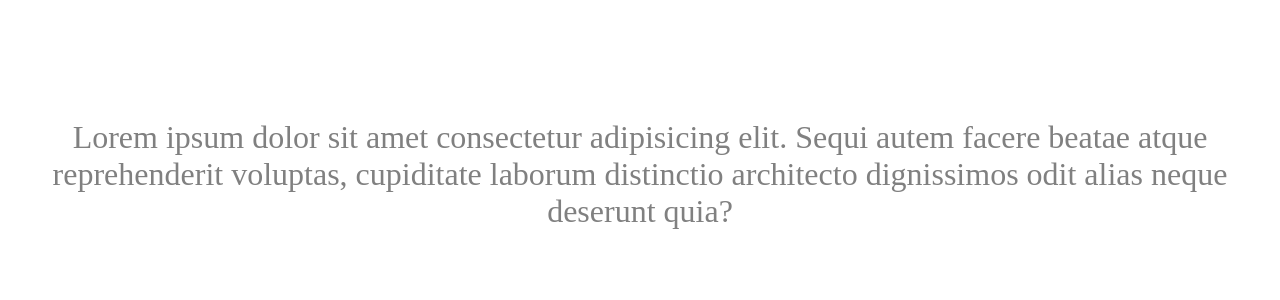
Repository: MohmdMHR/limesharp-test
Page: /
These files come from the project's save history. The page is drawn as it stood at one moment and after the next save; the edit follows.
The browser window is 1280 px wide. The pictures show the whole page.
The project was rebuilt for these pictures with package versions that can differ from the ones it lists, and the page was loaded fresh each time. Also part of the build but not shown: vue.config.js, src/components/card.vue.

Above is the page before, as saved 2022-07-20 17:39:02.

After the next save:
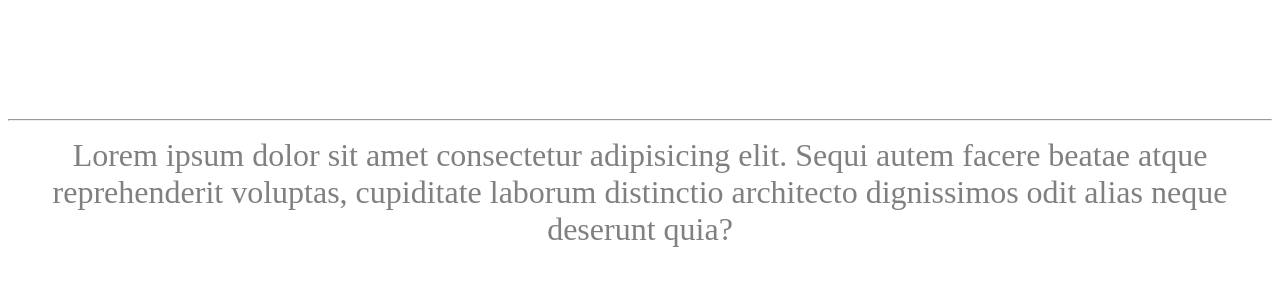
Saved 61 s later.
--- a/src/Main.vue
+++ b/src/Main.vue
@@ -1,7 +1,7 @@
 <template>
   <div class="container">
     <h1 class="main-title">Experienced & multi-talented</h1>
-    <div class="spacer"></div>
+    <hr class="spacer"></hr>
     <div class="main-content">
       Lorem ipsum dolor sit amet consectetur adipisicing elit. Sequi autem
       facere beatae atque reprehenderit voluptas, cupiditate laborum distinctio
